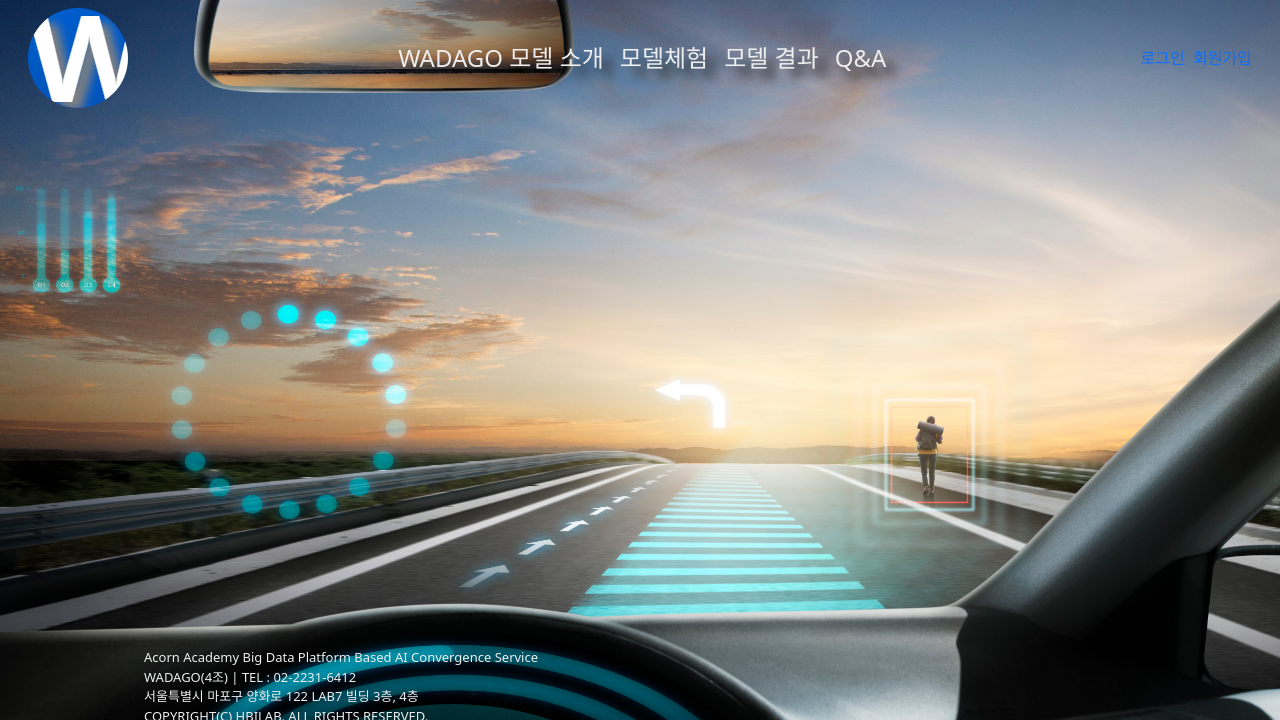
Repository: suchulchoi/Wadago_Project
Page: http://localhost/board/modify
An editor plug-in stored every save of this project. The page is shown before and after the next save, followed by the edit.
The browser window is 1280 px wide. The pictures show the whole page.
Some web fonts or font styles are not loaded; a fallback is used. The page is this project's Thymeleaf template; nobody is signed in. The template is opened directly, without the code that normally fills it, so the values that code supplies are empty.

Above is the page before, as saved 2022-07-28 16:50:33.

After the next save:
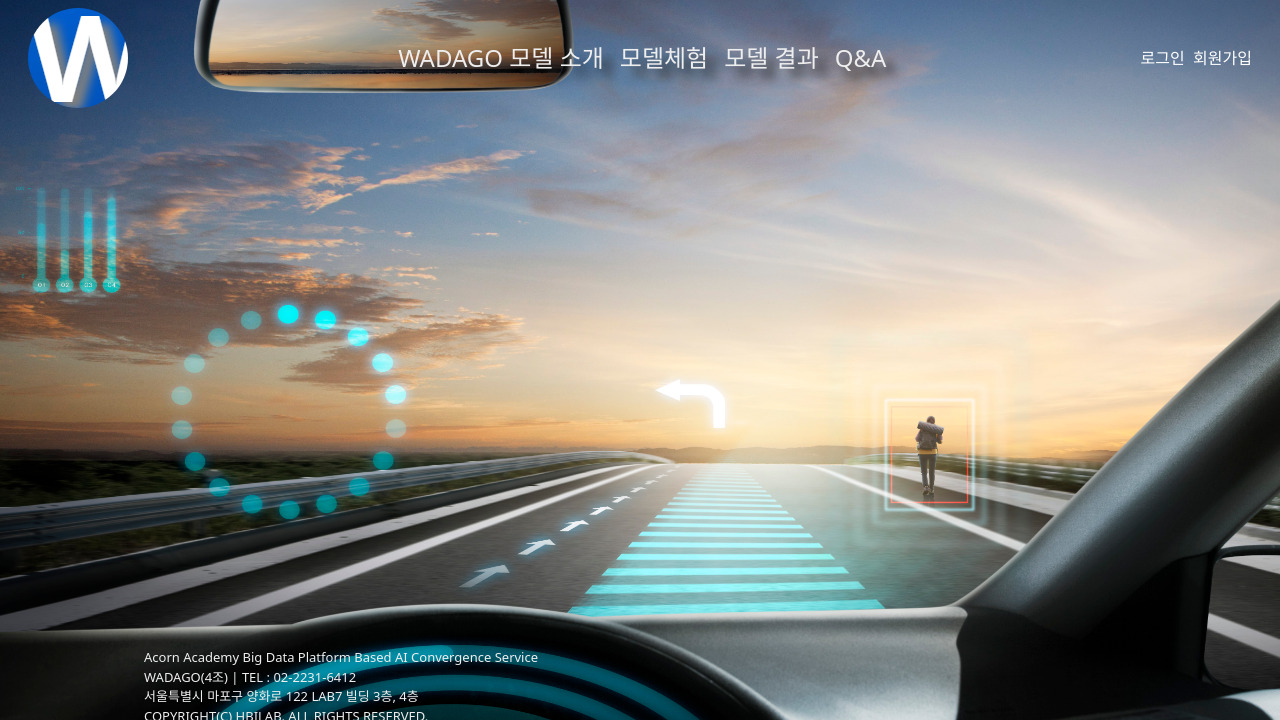
Saved 34 s later.
--- a/wadago_project/src/main/resources/templates/header_nav.html
+++ b/wadago_project/src/main/resources/templates/header_nav.html
@@ -119,10 +119,10 @@
 
 				</div>
 				<div class="d-flex" th:if="!${session.memVo}">
-					<a href="/mem/login" style="text-decoration:none;">
+					<a href="/mem/login" style="text-decoration:none; color: white;">
 						로그인
 					</a>&nbsp;&nbsp;
-					<a href="/mem/signup" style="text-decoration:none;">
+					<a href="/mem/signup" style="text-decoration:none; color:white;">
 						회원가입
 					</a>
 				</div>
